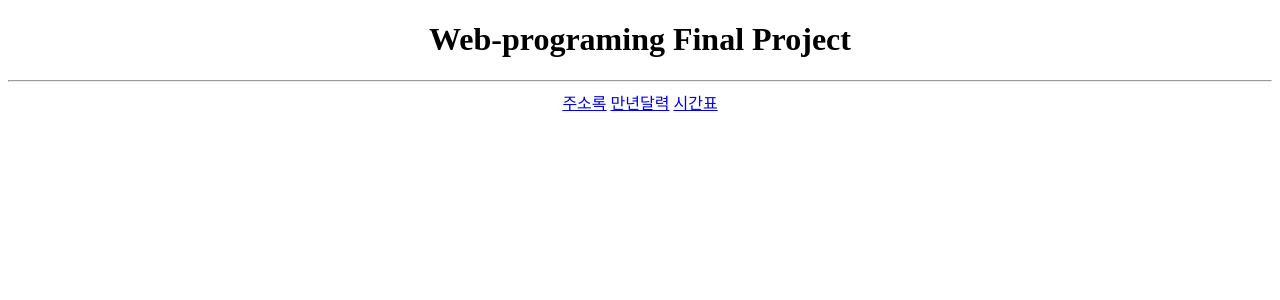
Repository: sonyeseul/pr1
Page: project1/src/main/webapp/main.html
The author's editor kept a copy of each file at every save. The page is drawn from the files as they stood at one save, then again after the next save.
The browser window is 1280 px wide. The pictures show the whole page.

Above is the page before, as saved 2023-07-18 10:50:46.

### project1/src/main/webapp/main.html
<!DOCTYPE html>
<html>
<head>
<meta charset="UTF-8">
<title>main</title>
</head>
<body>
<div align = center>
<h1>Web-programing Final Project</h1>
<hr>
<a href="./Problem1/addr_form.jsp">주소록</a>
<a href="./Problem2/calendar.jsp">만년달력</a>
<a href="./Problem3/form.jsp">시간표</a>
</div>
</body>
</html>

After the next save:
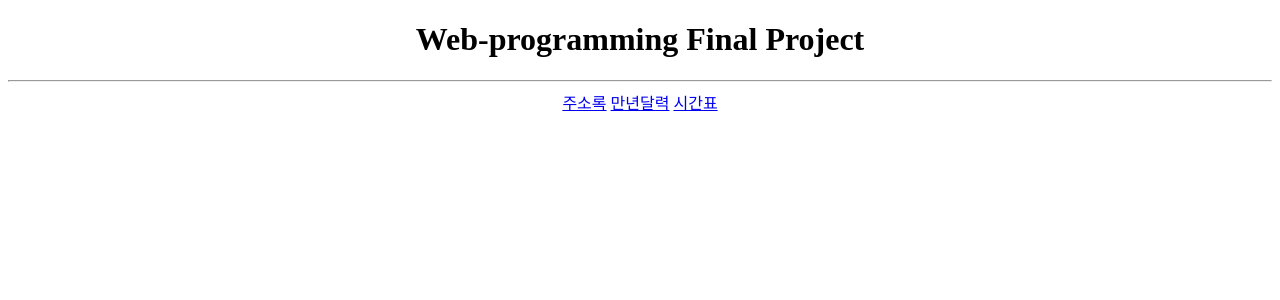
Saved 10 s later.
--- a/project1/src/main/webapp/main.html
+++ b/project1/src/main/webapp/main.html
@@ -6,7 +6,7 @@
 </head>
 <body>
 <div align = center>
-<h1>Web-programing Final Project</h1>
+<h1>Web-programming Final Project</h1>
 <hr>
 <a href="./Problem1/addr_form.jsp">주소록</a>
 <a href="./Problem2/calendar.jsp">만년달력</a>
